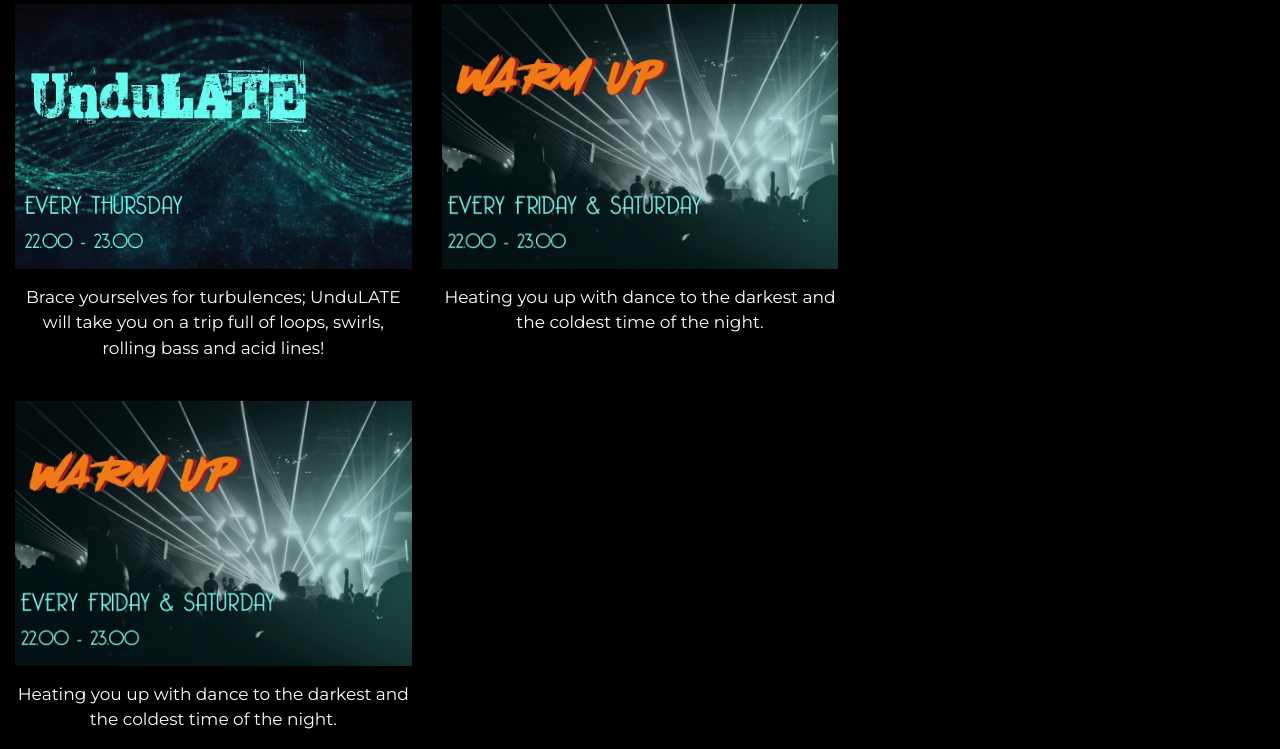
Repository: kaanistemi/Radyo-Denemeleri
Page: program.html
The author's editor kept a record of every edit. The page is drawn from the files as they stood at one moment, then again after the next edit.
The browser window is 1280 px wide. The pictures show the part of the page from y = 2588 to 3337 px (the page is 3337 px tall before and 2965 px after).
A picture or video elsewhere on the page could not be fetched, so the positions and the page height are approximate. Some web libraries are served in a nearby version.

Above is the page before.

After the next edit:
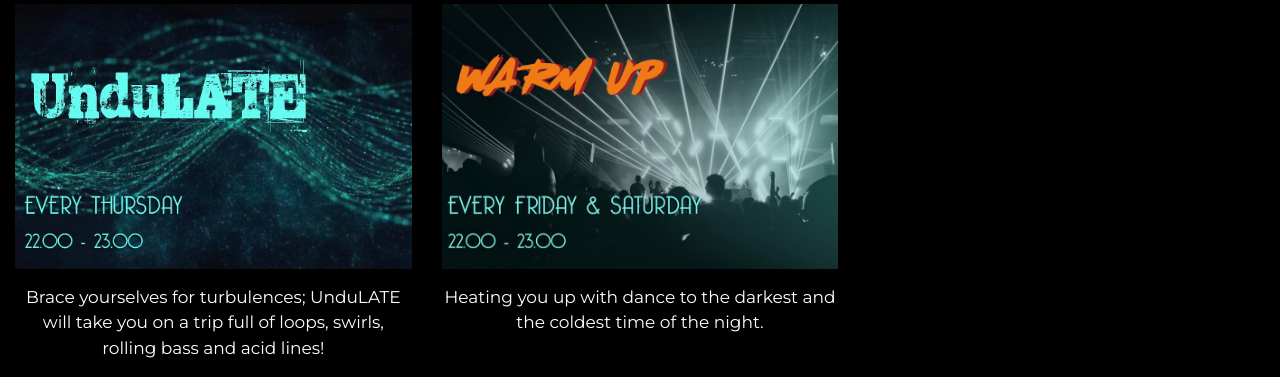
The edit:
--- a/program.html
+++ b/program.html
@@ -266,16 +266,7 @@
         </div>
     </div>
 
-    <div class="container-fluid">
-        <div class="row">
-            <div class="col-sm-4">
-                <center>
-                    <img class="img-responsive program" src=assets/images/Warm_Up_Program_1600x700t.JPG alt="t-rap">
-                    <p class="all-white mt-3">Heating you up with dance to the darkest and the coldest time of the night.</p>
-                </center>
-            </div>
-        </div>
-    </div>
+
 
 
 
